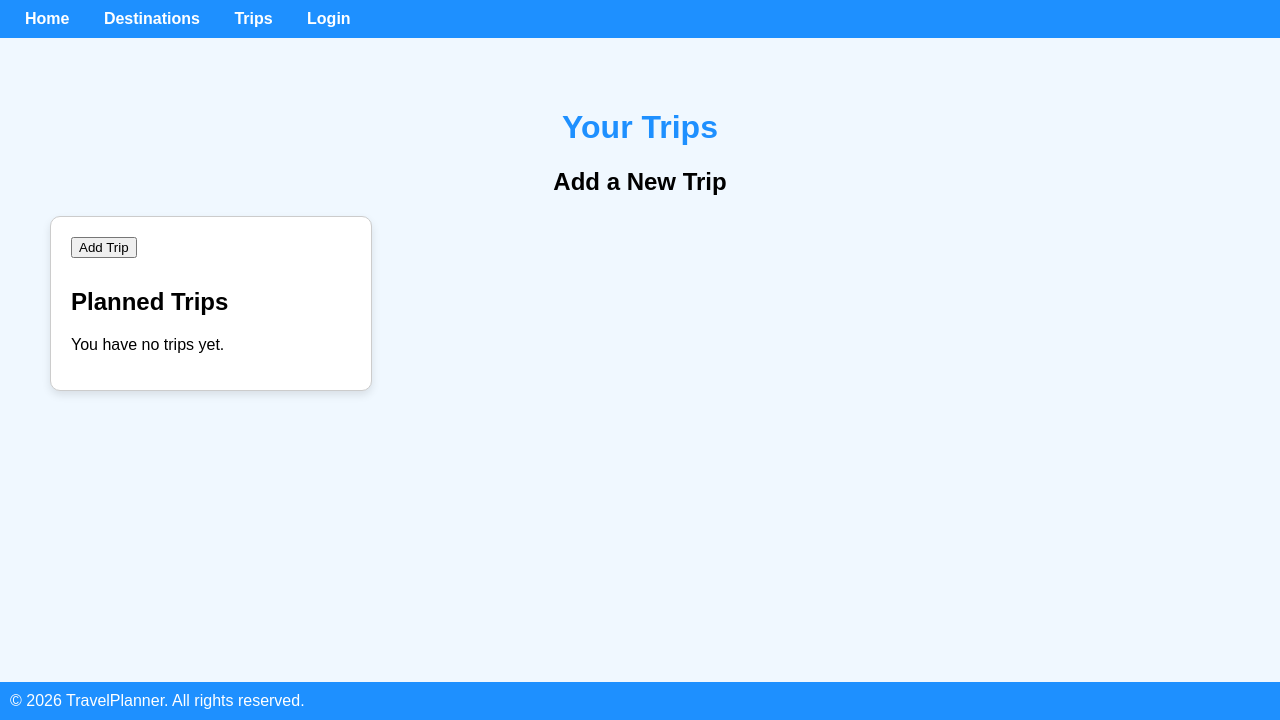
Repository: OCEANIC7/GROUP9
Page: travelplanner/planner/templates/planner/trips.html
These files come from the project's save history. The page is drawn as it stood at one moment and after a run of saves; the edit follows.
The browser window is 1280 px wide. The pictures show the whole page.
The template is drawn by Django 5.2. The application's start-up code is not run. Other server files are loaded and not shown. The template is opened directly, without the code that normally fills it, so the values that code supplies are empty.

Above is the page before, as saved 2026-02-03 02:42:49.

### travelplanner/planner/templates/planner/trips.html
{% extends 'planner/base.html' %}

{% block title %}Trips - TravelPlanner{% endblock %}

{% block content %}
<h1>Your Trips</h1>

<h2>Add a New Trip</h2>
<div class="trip-card" style="max-width:600px; margin-bottom:40px; padding:20px; border:1px solid #ccc; border-radius:10px;">
<form method="POST" style="margin-bottom:30px;">
    {% csrf_token %}
    {{ form.as_p }}
    <button type="submit" class="button">Add Trip</button>
</form>

<h2>Planned Trips</h2>

{% if trips %}
<div class="card-container">
    {% for trip in trips %}
    <div class="trip-card">
        <h3>📍 {{ trip.destination.name }}</h3>

        <div class="trip-dates">
            🗓 {{ trip.start_date|date:"M d, Y" }}
            →
            {{ trip.end_date|date:"M d, Y" }}
        </div>

        {% if trip.notes %}
        <p>📝 {{ trip.notes|truncatewords:15 }}</p>
        {% endif %}

        <div class="trip-actions">
            <a href="{% url 'edit_trip' trip.id %}" class="edit">✏️ Edit</a>
            <a href="{% url 'delete_trip' trip.id %}" class="delete">🗑️ Delete</a>
        </div>
    </div>
    {% endfor %}
</div>
{% else %}
<p>You have no trips yet.</p>
{% endif %}

</div>
{% endblock %}

### travelplanner/planner/templates/planner/base.html
<!DOCTYPE html>
<html lang="en">
<head>
    <meta charset="UTF-8">
    <meta name="viewport" content="width=device-width, initial-scale=1.0">
    <title>{% block title %}TravelPlanner{% endblock %}</title>
    <style>
        body { font-family: Arial, sans-serif; background-color: #f0f8ff; margin: 0; padding: 0; }
        nav { background-color: #1e90ff; padding: 10px; }
        nav a { color: #fff; text-decoration: none; margin: 0 15px; font-weight: bold; }
        nav a:hover { color: #ffd700; }
        .container { padding: 50px; text-align: center; }
        h1 { color: #1e90ff; }
        footer { background-color: #1e90ff; color: #fff; padding: 10px; position: fixed; bottom: 0; width: 100%; }
        a.button { text-decoration: none; color: #fff; background-color: #1e90ff; padding: 10px 20px; border-radius: 5px; }
        a.button:hover { background-color: #104e8b; }

        .card-container {
    display: flex;
    flex-wrap: wrap;
    gap: 20px;
    justify-content: center;
}

.trip-card {
    background: white;
    width: 280px;
    padding: 20px;
    border-radius: 12px;
    box-shadow: 0 4px 8px rgba(0,0,0,0.1);
    text-align: left;
}

.trip-card h3 {
    margin-top: 0;
    color: #1e90ff;
}

.trip-dates {
    font-size: 14px;
    color: #555;
    margin-bottom: 10px;
}

.trip-actions a {
    margin-right: 10px;
    text-decoration: none;
    font-weight: bold;
}

.trip-actions a.edit {
    color: green;
}

.trip-actions a.delete {
    color: red;
}

    </style>
</head>
<body>
    <nav>
        <a href="{% url 'home' %}">Home</a>
        <a href="{% url 'destinations' %}">Destinations</a>
        <a href="{% url 'trips' %}">Trips</a>
        <a href="{% url 'login' %}">Login</a>
    </nav>
    <div class="container">
        {% block content %}{% endblock %}
    </div>
    <footer>
        &copy; 2026 TravelPlanner. All rights reserved.
    </footer>
</body>
</html>

After the next 3 saves:
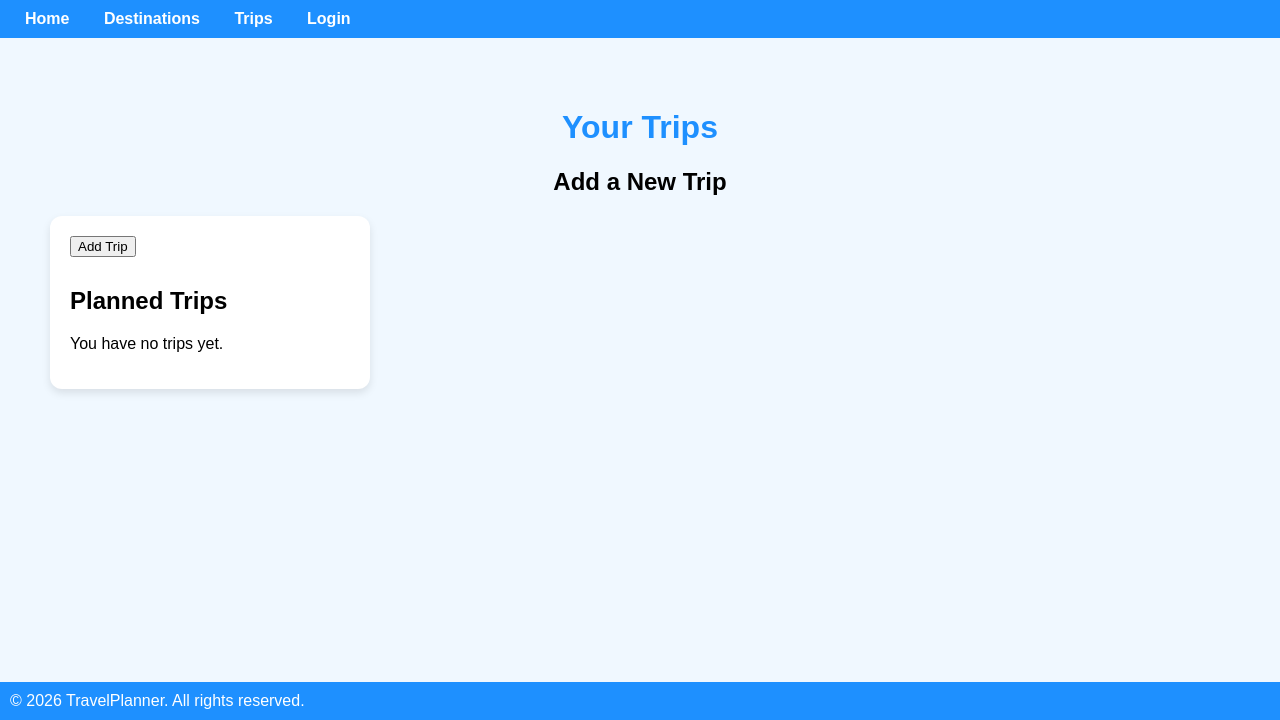
The 3 saves are shown as one change because they came seconds apart.
The last was saved 15 s later.
--- a/travelplanner/planner/templates/planner/trips.html
+++ b/travelplanner/planner/templates/planner/trips.html
@@ -6,7 +6,7 @@
 <h1>Your Trips</h1>
 
 <h2>Add a New Trip</h2>
-<div class="trip-card" style="max-width:600px; margin-bottom:40px; padding:20px; border:1px solid #ccc; border-radius:10px;">
+<div class="trip-card" style="max-width:600px; margin-bottom:40px; padding:20px">
 <form method="POST" style="margin-bottom:30px;">
     {% csrf_token %}
     {{ form.as_p }}
